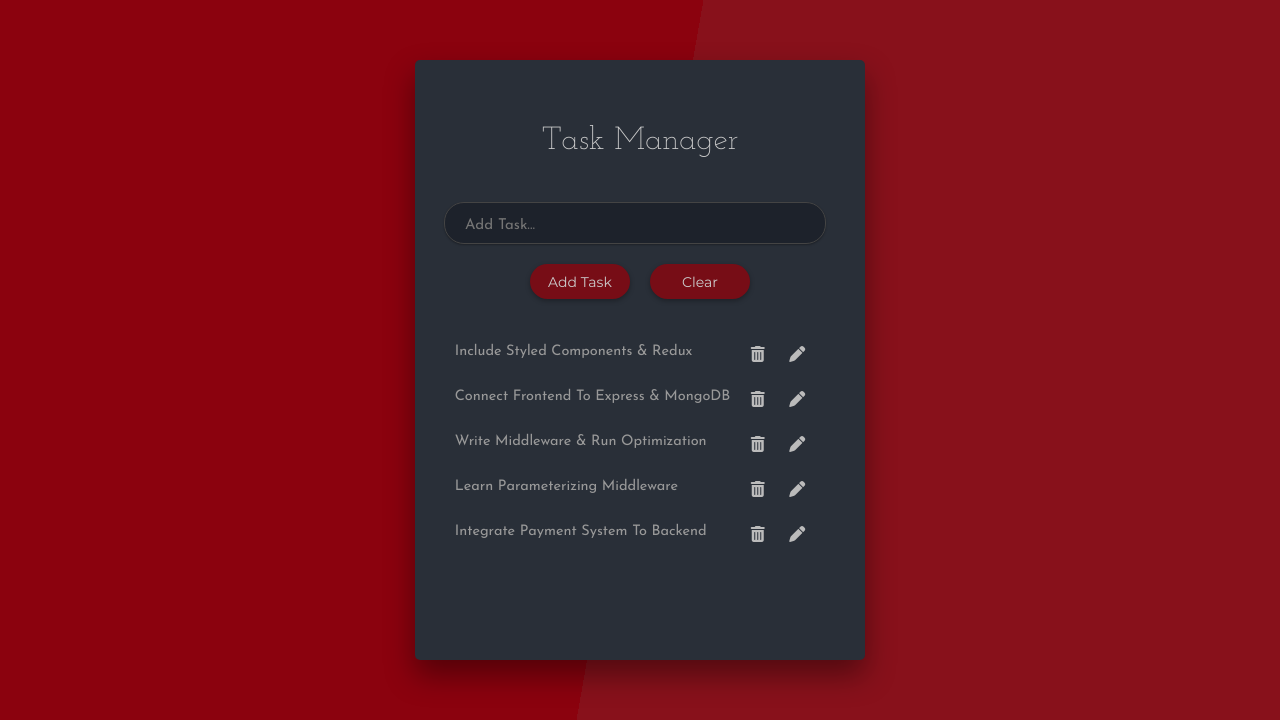
Repository: Kol124/react-task-manager
Page: /
The author's editor kept a copy of each file at every save. The page is drawn from the files as they stood at one save, then again after the next save.
The browser window is 1280 px wide. The pictures show the whole page.
Some web libraries are served in a nearby version. The project was rebuilt for these pictures with package versions that can differ from the ones it lists, and the page was loaded fresh each time.

Above is the page before, as saved 2021-06-22 18:32:05.

### public/index.html
<!DOCTYPE html>
<html lang="en">
  <head>
    <meta charset="utf-8" />
    <link rel="icon" href="%PUBLIC_URL%/favicon.ico" />
    <meta name="viewport" content="width=device-width, initial-scale=1" />
    <meta name="theme-color" content="#000000" />
    <meta
      name="description"
      content="Web site created using create-react-app"
    />
    <link rel="apple-touch-icon" href="%PUBLIC_URL%/logo192.png" />
    <!--
      manifest.json provides metadata used when your web app is installed on a
      user's mobile device or desktop. See https://developers.google.com/web/fundamentals/web-app-manifest/
    -->
    <link rel="manifest" href="%PUBLIC_URL%/manifest.json" />
    <!--
      Notice the use of %PUBLIC_URL% in the tags above.
      It will be replaced with the URL of the `public` folder during the build.
      Only files inside the `public` folder can be referenced from the HTML.

      Unlike "/favicon.ico" or "favicon.ico", "%PUBLIC_URL%/favicon.ico" will
      work correctly both with client-side routing and a non-root public URL.
      Learn how to configure a non-root public URL by running `npm run build`.
    -->
    <title>React App</title>
  </head>
  <body>
    <noscript>You need to enable JavaScript to run this app.</noscript>
    <div id="root"></div>
    <!--
      This HTML file is a template.
      If you open it directly in the browser, you will see an empty page.

      You can add webfonts, meta tags, or analytics to this file.
      The build step will place the bundled scripts into the <body> tag.

      To begin the development, run `npm start` or `yarn start`.
      To create a production bundle, use `npm run build` or `yarn build`.
    -->
  </body>
  <script
    src="https://kit.fontawesome.com/0a37ebcd2b.js"
    crossorigin="anonymous"
  ></script>
</html>

### src/App.js
import "./App.css";
import React from "react";
import Header from "./components/Header";
import TaskForm from "./components/TaskForm";
import TaskList from "./components/TaskList";
import TaskContextProvider from "./context/TaskContext";

function App() {
  return (
    <TaskContextProvider>
      <div className="container">
        <div className="app-wrapper">
          <Header />
          <div className="main">
            <TaskForm />
            <TaskList />
          </div>
        </div>
      </div>
    </TaskContextProvider>
  );
}

export default App;

### src/App.css
@import url("fonts.css");

* {
  margin: 0;
  padding: 0;
}

.container {
  background: linear-gradient(100deg, #8b020e 50%, #88111b 0);
  width: 100%;
  height: 100vh;
  display: flex;
  justify-content: center;
  align-items: center;
}

.app-wrapper {
  background-color: #292f38;
  width: 25%;
  min-width: 450px;
  height: 600px;
  padding: 30px;
  box-sizing: border-box;
  border-radius: 5px;
  box-shadow: 0 15px 30px rgba(0, 0, 0, 0.4);
}

.header h1 {
  color: #ccc;
  font-weight: 300;
  text-align: center;
  margin: 35px 20px 45px 20px;
  font-family: "Josefin Slab", serif;
}

.main {
  display: flex;
  flex-direction: column;
  align-items: space-between;
  margin-bottom: 50px;
  width: 100%;
}

.form {
  display: flex;
  flex-direction: column;
  justify-content: center;
  align-items: center;
  margin-bottom: 15px;
}

.list {
  width: 95%;
  margin: auto;
  max-height: 300px;
  overflow: hidden;
  overflow-y: auto;
}

/* width */
::-webkit-scrollbar {
  width: 7px;
}

/* Track */
::-webkit-scrollbar-track {
  border-radius: 10px;
  background-color: #aaa;
}

/* Handle */
::-webkit-scrollbar-thumb {
  background: #444;
  border-radius: 10px;
}

.task-input {
  width: 350px;
  min-width: 250px;
  padding: 15px 10px 10px 20px;
  margin: 0 10px 10px 0;
  font-family: "Josefin Sans", serif;
  font-size: 15px;
  color: #ccc;
  background-color: #1d222b;
  border: 1px solid #444;
  outline: none;
  border-radius: 20px;
  box-shadow: 0 1px 2px rgba(0, 0, 0, 0.3);
}

.buttons {
  display: flex;
}

.btn {
  margin: 10px;
}

.add-task-btn {
  min-width: 100px;
  background-color: #770d16;
  color: #ccc;
  border: none;
  font-family: "Montserrat", sans-serif;
  font-size: 14px;
  border-radius: 20px;
  box-shadow: 0 2px 5px rgba(0, 0, 0, 0.3);
  outline: none;
  cursor: pointer;
}

.list-item {
  display: flex;
  justify-content: space-between;
  margin: 20px 0;
  padding-bottom: 5px;
}

.list-item span {
  font-family: "Josefin Sans", sans-serif;
  color: #999;
  font-size: 14.5px;
  text-transform: capitalize;
}

.task-btn {
  cursor: pointer;
  background-color: transparent;
  border: none;
  outline: none;
}

.btn-delete i {
  font-size: 16px;
  color: #bbb;
  margin-right: 20px;
}

.btn-edit i {
  font-size: 16px;
  color: #bbb;
  margin-right: 20px;
}

.clear-btn {
  width: 100px;
  height: 35px;
  background-color: #770d16;
  color: #ccc;
  border: none;
  font-family: "Montserrat", sans-serif;
  font-size: 14px;
  border-radius: 20px;
  box-shadow: 0 2px 5px rgba(0, 0, 0, 0.3);
  outline: none;
  cursor: pointer;
}

.no-tasks {
  color: #777;
  text-align: center;
  font-family: "Montserrat", sans-serif;
  margin-top: 20px;
  font-size: 18px;
}

### src/components/Header.js
import React from "react";

const Header = () => {
  return (
    <div className="header">
      <h1>Task Manager</h1>
    </div>
  );
};

export default Header;

### src/components/TaskForm.js
import React, { useState, useContext, useEffect } from "react";
import { TaskContext } from "../context/TaskContext";

export default function TaskForm() {
  const { editItem, setEditItem, dispatch } = useContext(TaskContext);
  const [title, setTitle] = useState("");

  const handleSubmit = (e) => {
    e.preventDefault();
    if (editItem !== null) {
      dispatch({
        type: "EDIT_TASK",
        task: {
          title,
          id: editItem.id,
        },
      });
      setEditItem(null);
    } else {
      dispatch({
        type: "ADD_TASK",
        task: {
          title,
        },
      });
    }

    setTitle("");
  };

  useEffect(() => {
    if (editItem !== null) {
      setTitle(editItem.title);
      console.log(editItem);
    } else {
      setTitle("");
    }
  }, [editItem]);

  return (
    <form onSubmit={handleSubmit} className="form">
      <input
        type="text"
        placeholder="Add Task..."
        value={title}
        onChange={(e) => setTitle(e.target.value)}
        required
        className="task-input"
      />
      <div className="buttons">
        <button type="submit" className="btn add-task-btn">
          {editItem ? "Edit Task" : "Add Task"}
        </button>
        <button
          className="btn clear-btn"
          onClick={() => dispatch({ type: "CLEAR_TASK" })}
        >
          Clear
        </button>
      </div>
    </form>
  );
}

### src/components/TaskList.js
import React, { useContext } from "react";
import { TaskContext } from "../context/TaskContext";
import Task from "./Task";

export default function TaskList() {
  const { tasks } = useContext(TaskContext);

  return (
    <div>
      {tasks.length ? (
        <ul className="list">
          {tasks.map((task) => {
            return <Task task={task} key={task.id} />;
          })}
        </ul>
      ) : (
        <div className="no-tasks">No Tasks</div>
      )}
    </div>
  );
}

### src/context/TaskContext.js
import React, { createContext, useState, useReducer, useEffect } from "react";
import TaskReducer from "../reducer/TaskReducer";

export const TaskContext = createContext();

export default function TaskContextProvider(props) {
  const [tasks, dispatch] = useReducer(TaskReducer, [
    { title: "Include styled components & redux", id: 1 },
    { title: "Connect frontend to express & mongoDB", id: 2 },
    { title: "Write middleware & run optimization", id: 3 },
    { title: "Learn parameterizing middleware", id: 4 },
    { title: "Integrate payment system to backend", id: 5 },
  ]);
  const [editItem, setEditItem] = useState(null);

  const findItem = (id) => {
    const item = tasks.find((task) => task.id === id);
    setEditItem(item);
  };

  useEffect(() => {
    console.log(tasks);
  });

  return (
    <TaskContext.Provider
      value={{ tasks, editItem, setEditItem, findItem, dispatch }}
    >
      {props.children}
    </TaskContext.Provider>
  );
}

### src/fonts.css
/* josefin-sans-300 - latin */
@font-face {
  font-family: "Josefin Sans";
  font-style: normal;
  font-weight: 300;
  src: url("./fonts/josefin-sans-v17-latin-300.eot"); /* IE9 Compat Modes */
  src: local(""),
    url("./fonts/josefin-sans-v17-latin-300.eot?#iefix")
      format("embedded-opentype"),
    /* IE6-IE8 */ url("./fonts/josefin-sans-v17-latin-300.woff2")
      format("woff2"),
    /* Super Modern Browsers */ url("./fonts/josefin-sans-v17-latin-300.woff")
      format("woff"),
    /* Modern Browsers */ url("./fonts/josefin-sans-v17-latin-300.ttf")
      format("truetype"),
    /* Safari, Android, iOS */
      url("./fonts/josefin-sans-v17-latin-300.svg#JosefinSans") format("svg"); /* Legacy iOS */
}
/* josefin-sans-regular - latin */
@font-face {
  font-family: "Josefin Sans";
  font-style: normal;
  font-weight: 400;
  src: url("./fonts/josefin-sans-v17-latin-regular.eot"); /* IE9 Compat Modes */
  src: local(""),
    url("./fonts/josefin-sans-v17-latin-regular.eot?#iefix")
      format("embedded-opentype"),
    /* IE6-IE8 */ url("./fonts/josefin-sans-v17-latin-regular.woff2")
      format("woff2"),
    /* Super Modern Browsers */
      url("./fonts/josefin-sans-v17-latin-regular.woff") format("woff"),
    /* Modern Browsers */ url("./fonts/josefin-sans-v17-latin-regular.ttf")
      format("truetype"),
    /* Safari, Android, iOS */
      url("./fonts/josefin-sans-v17-latin-regular.svg#JosefinSans")
      format("svg"); /* Legacy iOS */
}
/* josefin-sans-600 - latin */
@font-face {
  font-family: "Josefin Sans";
  font-style: normal;
  font-weight: 600;
  src: url("./fonts/josefin-sans-v17-latin-600.eot"); /* IE9 Compat Modes */
  src: local(""),
    url("./fonts/josefin-sans-v17-latin-600.eot?#iefix")
      format("embedded-opentype"),
    /* IE6-IE8 */ url("./fonts/josefin-sans-v17-latin-600.woff2")
      format("woff2"),
    /* Super Modern Browsers */ url("./fonts/josefin-sans-v17-latin-600.woff")
      format("woff"),
    /* Modern Browsers */ url("./fonts/josefin-sans-v17-latin-600.ttf")
      format("truetype"),
    /* Safari, Android, iOS */
      url("./fonts/josefin-sans-v17-latin-600.svg#JosefinSans") format("svg"); /* Legacy iOS */
}
/* josefin-sans-700 - latin */
@font-face {
  font-family: "Josefin Sans";
  font-style: normal;
  font-weight: 700;
  src: url("./fonts/josefin-sans-v17-latin-700.eot"); /* IE9 Compat Modes */
  src: local(""),
    url("./fonts/josefin-sans-v17-latin-700.eot?#iefix")
      format("embedded-opentype"),
    /* IE6-IE8 */ url("./fonts/josefin-sans-v17-latin-700.woff2")
      format("woff2"),
    /* Super Modern Browsers */ url("./fonts/josefin-sans-v17-latin-700.woff")
      format("woff"),
    /* Modern Browsers */ url("./fonts/josefin-sans-v17-latin-700.ttf")
      format("truetype"),
    /* Safari, Android, iOS */
      url("./fonts/josefin-sans-v17-latin-700.svg#JosefinSans") format("svg"); /* Legacy iOS */
}

/* josefin-slab-300 - latin */
@font-face {
  font-family: "Josefin Slab";
  font-style: normal;
  font-weight: 300;
  src: url("./fonts/josefin-slab-v13-latin-300.eot"); /* IE9 Compat Modes */
  src: local(""),
    url("./fonts/josefin-slab-v13-latin-300.eot?#iefix")
      format("embedded-opentype"),
    /* IE6-IE8 */ url("./fonts/josefin-slab-v13-latin-300.woff2")
      format("woff2"),
    /* Super Modern Browsers */ url("./fonts/josefin-slab-v13-latin-300.woff")
      format("woff"),
    /* Modern Browsers */ url("./fonts/josefin-slab-v13-latin-300.ttf")
      format("truetype"),
    /* Safari, Android, iOS */
      url("./fonts/josefin-slab-v13-latin-300.svg#JosefinSlab") format("svg"); /* Legacy iOS */
}
/* josefin-slab-regular - latin */
@font-face {
  font-family: "Josefin Slab";
  font-style: normal;
  font-weight: 400;
  src: url("./fonts/josefin-slab-v13-latin-regular.eot"); /* IE9 Compat Modes */
  src: local(""),
    url("./fonts/josefin-slab-v13-latin-regular.eot?#iefix")
      format("embedded-opentype"),
    /* IE6-IE8 */ url("./fonts/josefin-slab-v13-latin-regular.woff2")
      format("woff2"),
    /* Super Modern Browsers */
      url("./fonts/josefin-slab-v13-latin-regular.woff") format("woff"),
    /* Modern Browsers */ url("./fonts/josefin-slab-v13-latin-regular.ttf")
      format("truetype"),
    /* Safari, Android, iOS */
      url("./fonts/josefin-slab-v13-latin-regular.svg#JosefinSlab")
      format("svg"); /* Legacy iOS */
}
/* josefin-slab-600 - latin */
@font-face {
  font-family: "Josefin Slab";
  font-style: normal;
  font-weight: 600;
  src: url("./fonts/josefin-slab-v13-latin-600.eot"); /* IE9 Compat Modes */
  src: local(""),
    url("./fonts/josefin-slab-v13-latin-600.eot?#iefix")
      format("embedded-opentype"),
    /* IE6-IE8 */ url("./fonts/josefin-slab-v13-latin-600.woff2")
      format("woff2"),
    /* Super Modern Browsers */ url("./fonts/josefin-slab-v13-latin-600.woff")
      format("woff"),
    /* Modern Browsers */ url("./fonts/josefin-slab-v13-latin-600.ttf")
      format("truetype"),
    /* Safari, Android, iOS */
      url("./fonts/josefin-slab-v13-latin-600.svg#JosefinSlab") format("svg"); /* Legacy iOS */
}
/* josefin-slab-700 - latin */
@font-face {
  font-family: "Josefin Slab";
  font-style: normal;
  font-weight: 700;
  src: url("./fonts/josefin-slab-v13-latin-700.eot"); /* IE9 Compat Modes */
  src: local(""),
    url("./fonts/josefin-slab-v13-latin-700.eot?#iefix")
      format("embedded-opentype"),
    /* IE6-IE8 */ url("./fonts/josefin-slab-v13-latin-700.woff2")
      format("woff2"),
    /* Super Modern Browsers */ url("./fonts/josefin-slab-v13-latin-700.woff")
      format("woff"),
    /* Modern Browsers */ url("./fonts/josefin-slab-v13-latin-700.ttf")
      format("truetype"),
    /* Safari, Android, iOS */
      url("./fonts/josefin-slab-v13-latin-700.svg#JosefinSlab") format("svg"); /* Legacy iOS */
}

/* montserrat-300 - latin */
@font-face {
  font-family: "Montserrat";
  font-style: normal;
  font-weight: 300;
  src: url("./fonts/montserrat-v15-latin-300.eot"); /* IE9 Compat Modes */
  src: local(""),
    url("./fonts/montserrat-v15-latin-300.eot?#iefix")
      format("embedded-opentype"),
    /* IE6-IE8 */ url("./fonts/montserrat-v15-latin-300.woff2") format("woff2"),
    /* Super Modern Browsers */ url("./fonts/montserrat-v15-latin-300.woff")
      format("woff"),
    /* Modern Browsers */ url("./fonts/montserrat-v15-latin-300.ttf")
      format("truetype"),
    /* Safari, Android, iOS */
      url("./fonts/montserrat-v15-latin-300.svg#Montserrat") format("svg"); /* Legacy iOS */
}
/* montserrat-regular - latin */
@font-face {
  font-family: "Montserrat";
  font-style: normal;
  font-weight: 400;
  src: url("./fonts/montserrat-v15-latin-regular.eot"); /* IE9 Compat Modes */
  src: local(""),
    url("./fonts/montserrat-v15-latin-regular.eot?#iefix")
      format("embedded-opentype"),
    /* IE6-IE8 */ url("./fonts/montserrat-v15-latin-regular.woff2")
      format("woff2"),
    /* Super Modern Browsers */ url("./fonts/montserrat-v15-latin-regular.woff")
      format("woff"),
    /* Modern Browsers */ url("./fonts/montserrat-v15-latin-regular.ttf")
      format("truetype"),
    /* Safari, Android, iOS */
      url("./fonts/montserrat-v15-latin-regular.svg#Montserrat") format("svg"); /* Legacy iOS */
}
/* montserrat-500 - latin */
@font-face {
  font-family: "Montserrat";
  font-style: normal;
  font-weight: 500;
  src: url("./fonts/montserrat-v15-latin-500.eot"); /* IE9 Compat Modes */
  src: local(""),
    url("./fonts/montserrat-v15-latin-500.eot?#iefix")
      format("embedded-opentype"),
    /* IE6-IE8 */ url("./fonts/montserrat-v15-latin-500.woff2") format("woff2"),
    /* Super Modern Browsers */ url("./fonts/montserrat-v15-latin-500.woff")
      format("woff"),
    /* Modern Browsers */ url("./fonts/montserrat-v15-latin-500.ttf")
      format("truetype"),
    /* Safari, Android, iOS */
      url("./fonts/montserrat-v15-latin-500.svg#Montserrat") format("svg"); /* Legacy iOS */
}

### src/components/Task.js
import React, { useContext } from "react";
import { TaskContext } from "../context/TaskContext";

export default function Task({ task }) {
  const { findItem, dispatch } = useContext(TaskContext);

  return (
    <li className="list-item">
      <span>{task.title}</span>
      <div>
        <button
          className="btn-delete task-btn"
          onClick={() =>
            dispatch({ type: "REMOVE_TASK", task: { id: task.id } })
          }
        >
          <i className="fas fa-trash-alt"></i>
        </button>{" "}
        <button className="btn-edit task-btn" onClick={() => findItem(task.id)}>
          <i className="fas fa-pen"></i>
        </button>
      </div>
    </li>
  );
}

### src/reducer/TaskReducer.js
export default function TaskReducer(tasks, action) {
  switch (action.type) {
    case "ADD_TASK":
      return [
        ...tasks,
        {
          title: action.task.title,
          id: Math.random().toString(),
        },
      ];

    case "REMOVE_TASK":
      return tasks.filter((task) => task.id !== action.task.id);

    case "EDIT_TASK":
      return tasks.map((task) =>
        task.id === action.task.id
          ? { title: action.task.title, id: action.task.id }
          : task
      );

    case "CLEAR_TASK":
      return [];

    default:
      return tasks;
  }
}

Loaded but not shown: src/index.js (common file); src/index.css (common file); src/reportWebVitals.js (common file)

After the next save:
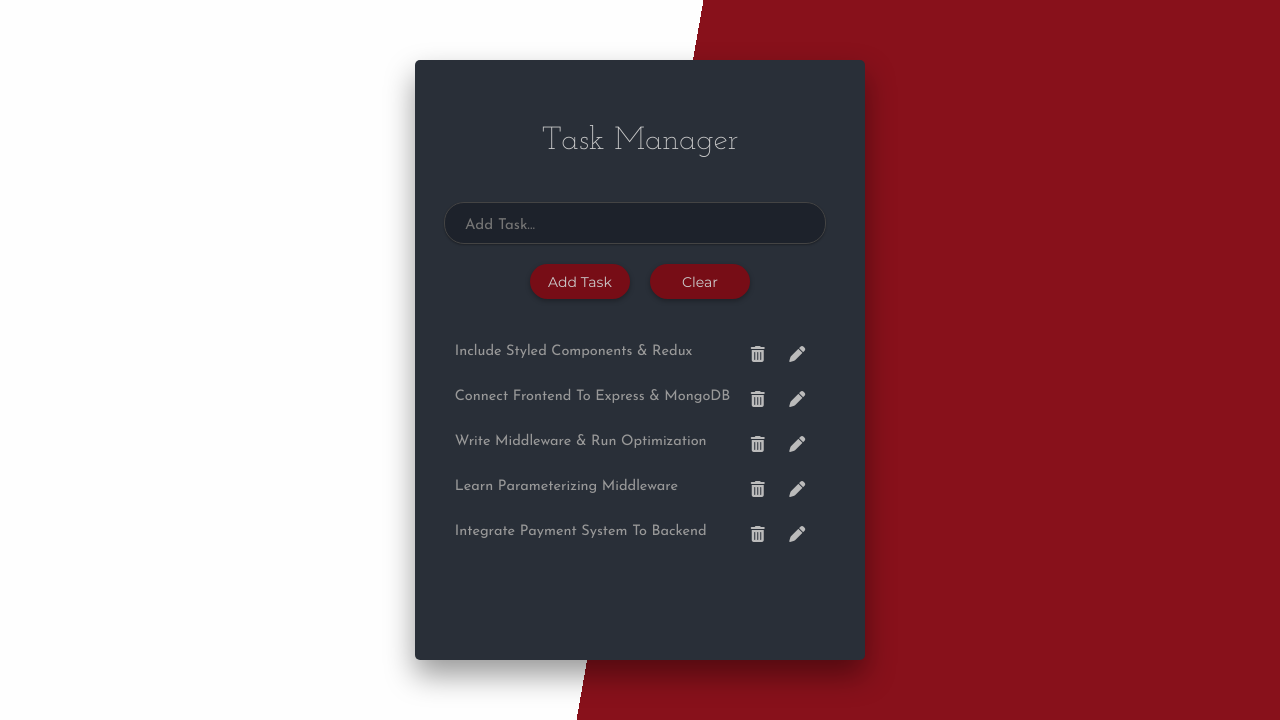
Saved 39 s later.
--- a/src/App.css
+++ b/src/App.css
@@ -6,7 +6,7 @@
 }
 
 .container {
-  background: linear-gradient(100deg, #8b020e 50%, #88111b 0);
+  background: linear-gradient(100deg, #fefefe 50%, #88111b 0);
   width: 100%;
   height: 100vh;
   display: flex;
